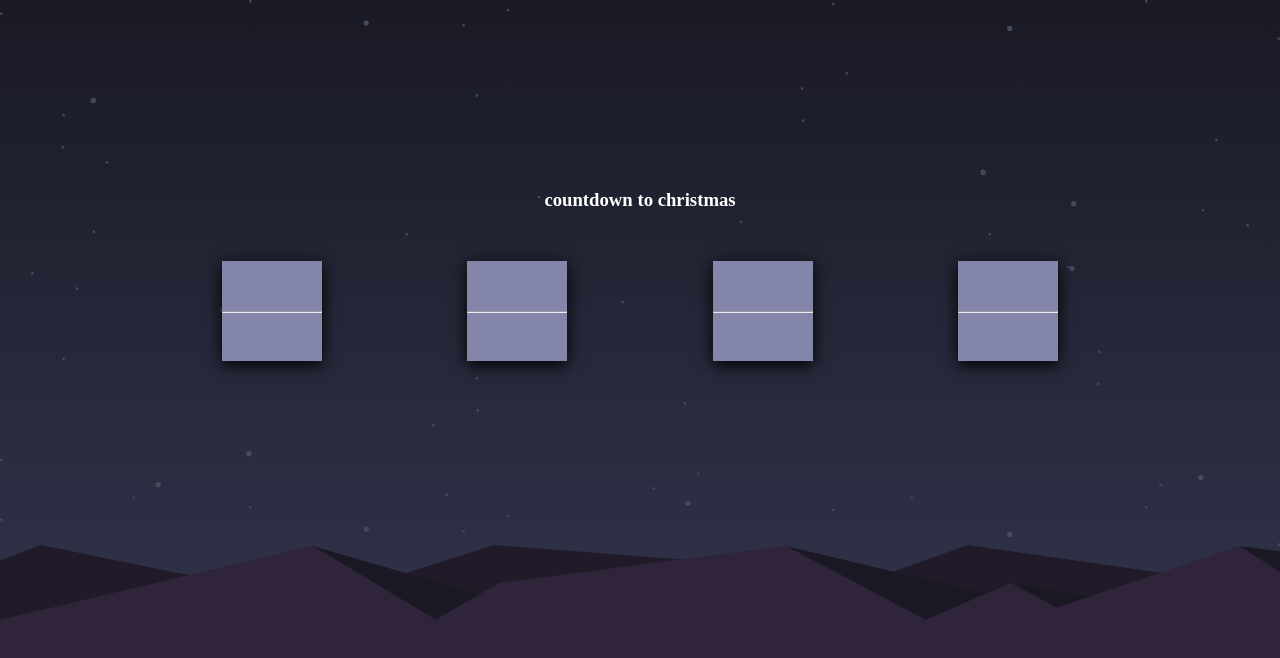
Repository: Eugene44-hub/countdown
Page: index.html
The author's editor kept a copy of each file at every save. The page is drawn from the files as they stood at one save, then again after the next save.
The browser window is 1280 px wide. The pictures show the whole page.

Above is the page before, as saved 2021-09-12 03:09:41.

### index.html
<!DOCTYPE html>
<html lang="en">

<head>
    <meta charset="UTF-8">
    <meta http-equiv="X-UA-Compatible" content="IE=edge">
    <meta name="viewport" content="width=device-width, initial-scale=1.0">
    <title>Document</title>
    <link rel="stylesheet" href="style.css">
</head>

<body>
    <div class="container">


        <div class="timer ">
            <h3 class="col10">countdown to christmas</h3>
            <div class="card">
                <hr> </div>
            <div class="card">
                <hr>
            </div>
            <div class="card">
                <hr>
            </div>
            <div class="card">
                <hr>
            </div>

        </div>

    </div>
    <script src="app.js"></script>

</body>

</html>

</html>

### style.css
* {
    padding: 0;
    margin: 0;
    box-sizing: border-box;
}

body {
    /* background-color: hsl(235, 16%, 14%); */
    /* background-color: hsl(234, 17%, 12%); */
    background-image: url('images/pattern-hills.svg'), url('images/bg-stars.svg'), linear-gradient( hsl(235, 18%, 12%), hsl(236, 21%, 26%));
    background-position: bottom, top;
    background-repeat: no-repeat, repeat;
    background-size: contain;
    background-attachment: fixed;
}

.container {
    display: flex;
    width: 100%;
    height: 500px;
    flex-wrap: wrap;
    text-align: center;
}

.col10 {
    flex: 100%;
    margin: auto;
}

h3 {
    color: white;
    padding: 50px;
}

.timer {
    margin: auto;
    display: flex;
    flex-wrap: wrap;
    justify-content: space-between;
    padding: 30px;
    width: 70%;
}

.card {
    background-color: hsl(237, 18%, 59%);
    padding: 20px;
    width: 100px;
    height: 100px;
    position: relative;
    overflow: hidden;
    box-shadow: 0px 4px 15px black;
}

hr {
    position: absolute;
    width: 100%;
    top: 50%;
    left: 0%;
}


/* timer color  hsl(345, 95%, 68%)
timer card color hsl(237, 18%, 59%)
* /

### app.js
const proposed = new Date('2021-12-25');
const current = new Date();

const proArr = [proposed.getHours(), proposed.getMinutes(), proposed.getSeconds(), proposed.getDay(), proposed.getMonth()]
console.log('proposed days:' + (((proArr.at(-1) * 31) - 7) + proposed.getDate()));
console.log('current days:' + (((current.getMonth() * 31) - 5) + current.getDate()));

console.log((((proArr.at(-1) * 31) - 7) + proposed.getDate()) - (((current.getMonth() * 31) - 5) + current.getDate()) + 'days to christmas');

console.log('hours:' + (24 - current.getHours()));
console.log('minutes:' + (60 - current.getMinutes()));
console.log('hours:' + (60 - current.getSeconds()));

// let cal = proposed. - current;
// console.log(proposed);
// console.log(current.getDate());
// console.log(proArr.at(-1) + 1);
// let another = new Date(cal);
// console.log(another)
//359-253 propsed day - current day(mth*31-7) for september minus 6

After the next save:
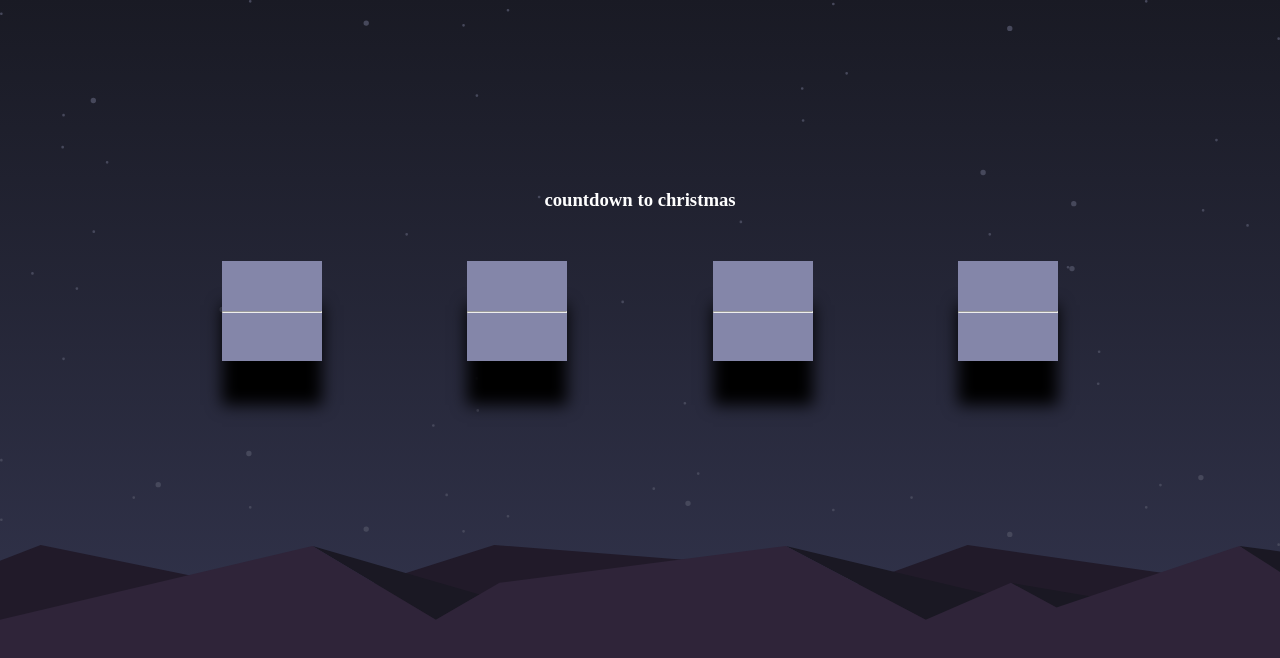
Saved 22 s later.
--- a/style.css
+++ b/style.css
@@ -48,7 +48,7 @@
     height: 100px;
     position: relative;
     overflow: hidden;
-    box-shadow: 0px 4px 15px black;
+    box-shadow: 0px 44px 15px black;
 }
 
 hr {

After the save that followed:
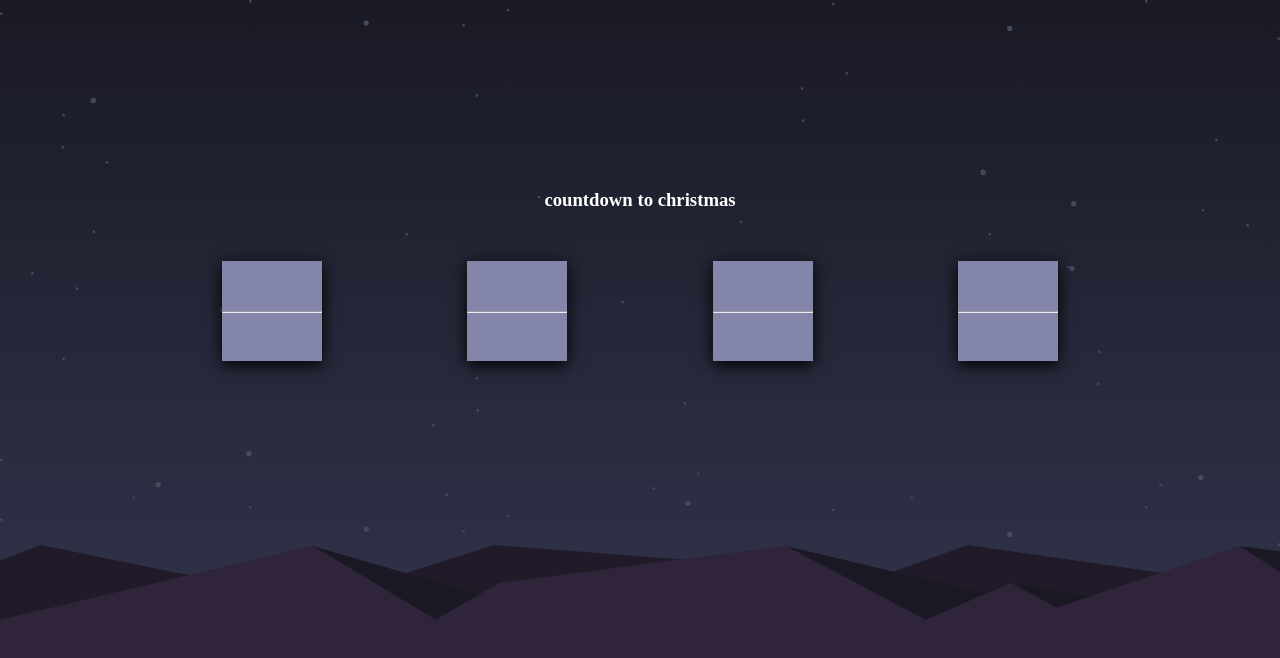
Saved 10 s later.
--- a/style.css
+++ b/style.css
@@ -48,7 +48,7 @@
     height: 100px;
     position: relative;
     overflow: hidden;
-    box-shadow: 0px 44px 15px black;
+    box-shadow: 0px 4px 15px black;
 }
 
 hr {
